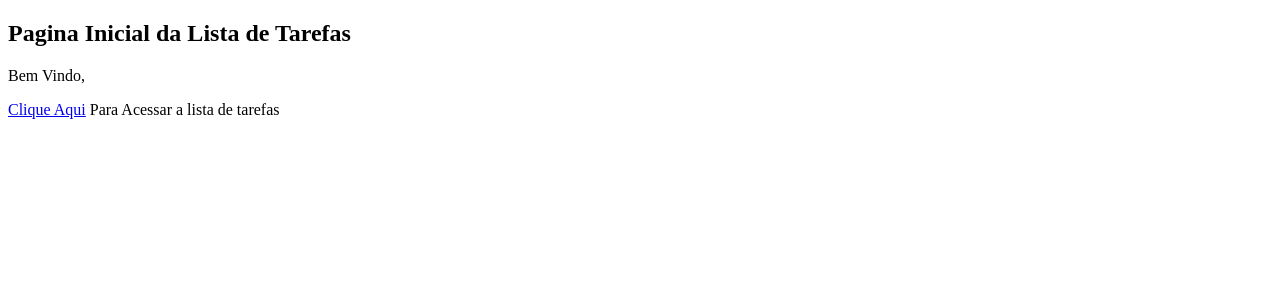
Repository: ericvinicius/cursojavaweb
Page: http://localhost/fj21-tarefas/WEB-INF/views/menu.jsp
These files come from the project's save history. The page is drawn as it stood at one moment and after the next save; the edit follows.
The browser window is 1280 px wide. The pictures show the whole page.
The page is served by Tomcat 9. Nobody is signed in. Other server files are loaded and not shown. The template is opened directly, without the code that normally fills it, so the values that code supplies are empty.

Above is the page before, as saved 2013-04-06 15:44:56.

### workspace/fj21-tarefas/WebContent/WEB-INF/views/menu.jsp
<%@ page language="java" contentType="text/html; charset=UTF-8"
    pageEncoding="UTF-8"%>
<!DOCTYPE html PUBLIC "-//W3C//DTD HTML 4.01 Transitional//EN" "http://www.w3.org/TR/html4/loose.dtd">
<html>
<head>
<meta http-equiv="Content-Type" content="text/html; charset=UTF-8">
<title>Insert title here</title>
</head>
<body>
	<h2>Pagina Inicial da Lista de Tarefas</h2>
	<p>Bem Vindo, ${usuarioLogado.login}</p>
	<a href="listaTarefas">Clique Aqui</a> Para Acessar a lista de tarefas
</body>
</html>

After the next save:
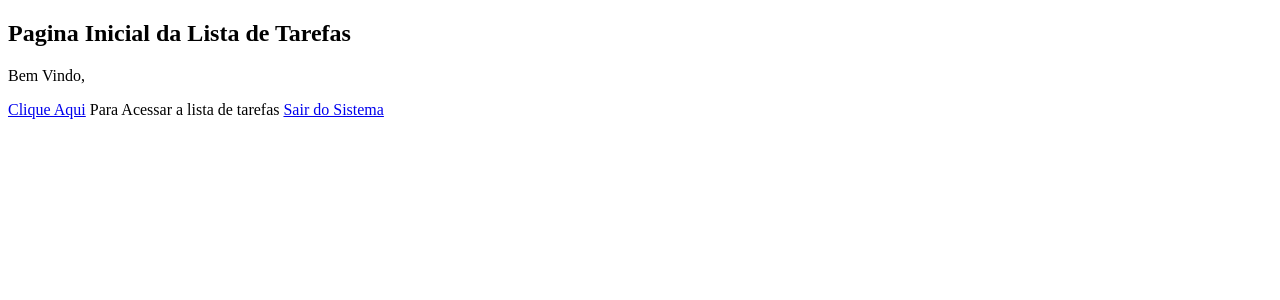
Saved 86 s later.
--- a/workspace/fj21-tarefas/WebContent/WEB-INF/views/menu.jsp
+++ b/workspace/fj21-tarefas/WebContent/WEB-INF/views/menu.jsp
@@ -10,5 +10,6 @@
 	<h2>Pagina Inicial da Lista de Tarefas</h2>
 	<p>Bem Vindo, ${usuarioLogado.login}</p>
 	<a href="listaTarefas">Clique Aqui</a> Para Acessar a lista de tarefas
+	<a href="logout">Sair do Sistema</a>
 </body>
 </html>
